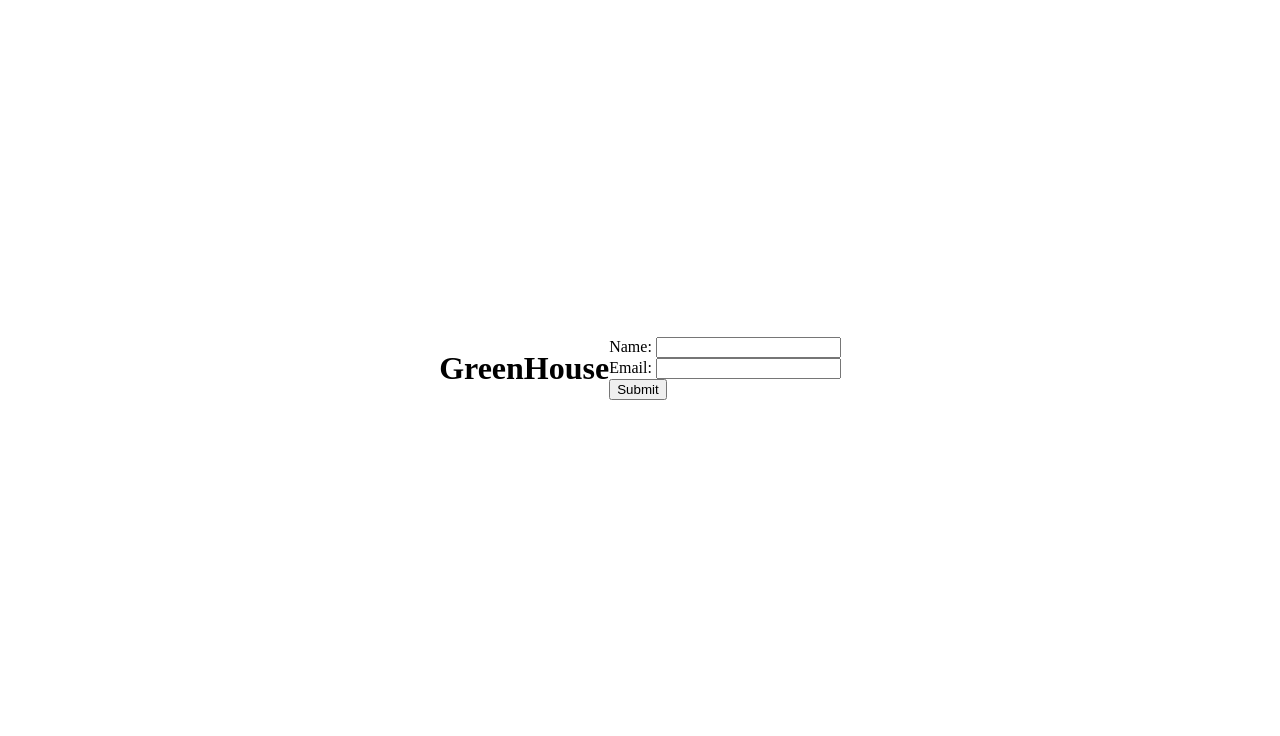
Repository: idan226688/WorkTrack
Page: index.html
These files come from the project's save history. The page is drawn as it stood at one moment and after the next save; the edit follows.
The browser window is 1280 px wide. The pictures show the whole page.

Above is the page before, as saved 2023-08-30 17:53:23.

### index.html
<!DOCTYPE html>
<html>
<head>
  <link rel="stylesheet" href="GreenHouse.css">
  <title>Login</title>
</head>
<body>
  <div id="container">
  <h1>GreenHouse</h1>
  <form action="/submit" method="post">
    <label for="name">Name:</label>
    <input type="text" id="name" name="name" required><br>

    <label for="email">Email:</label>
    <input type="email" id="email" name="email" required><br>

    <button type="submit">Submit</button>
  </form>
</div>
</body>
</html>

### GreenHouse.css
#container{
    display: flex;
    justify-content: center;
    align-items: center;
    height: 100vh;
}

After the next save:
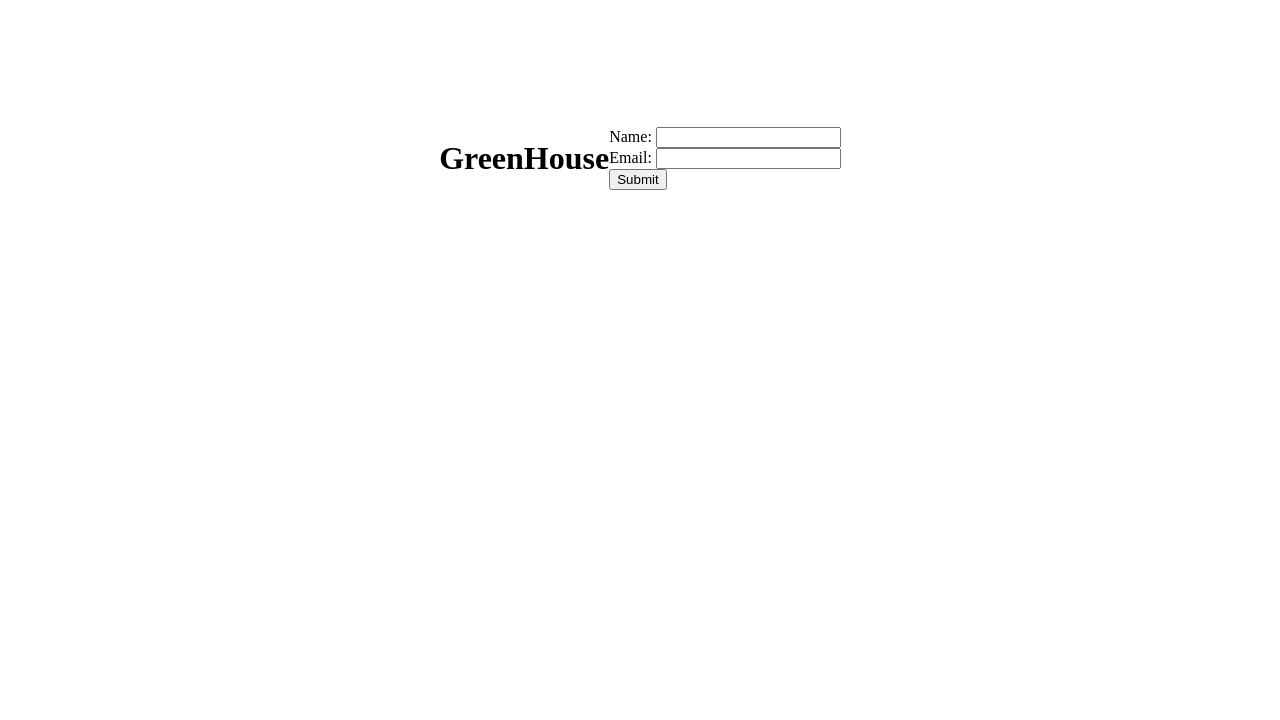
Saved 24 s later.
--- a/GreenHouse.css
+++ b/GreenHouse.css
@@ -2,5 +2,5 @@
     display: flex;
     justify-content: center;
     align-items: center;
-    height: 100vh;
+    height: 300px;
 }
